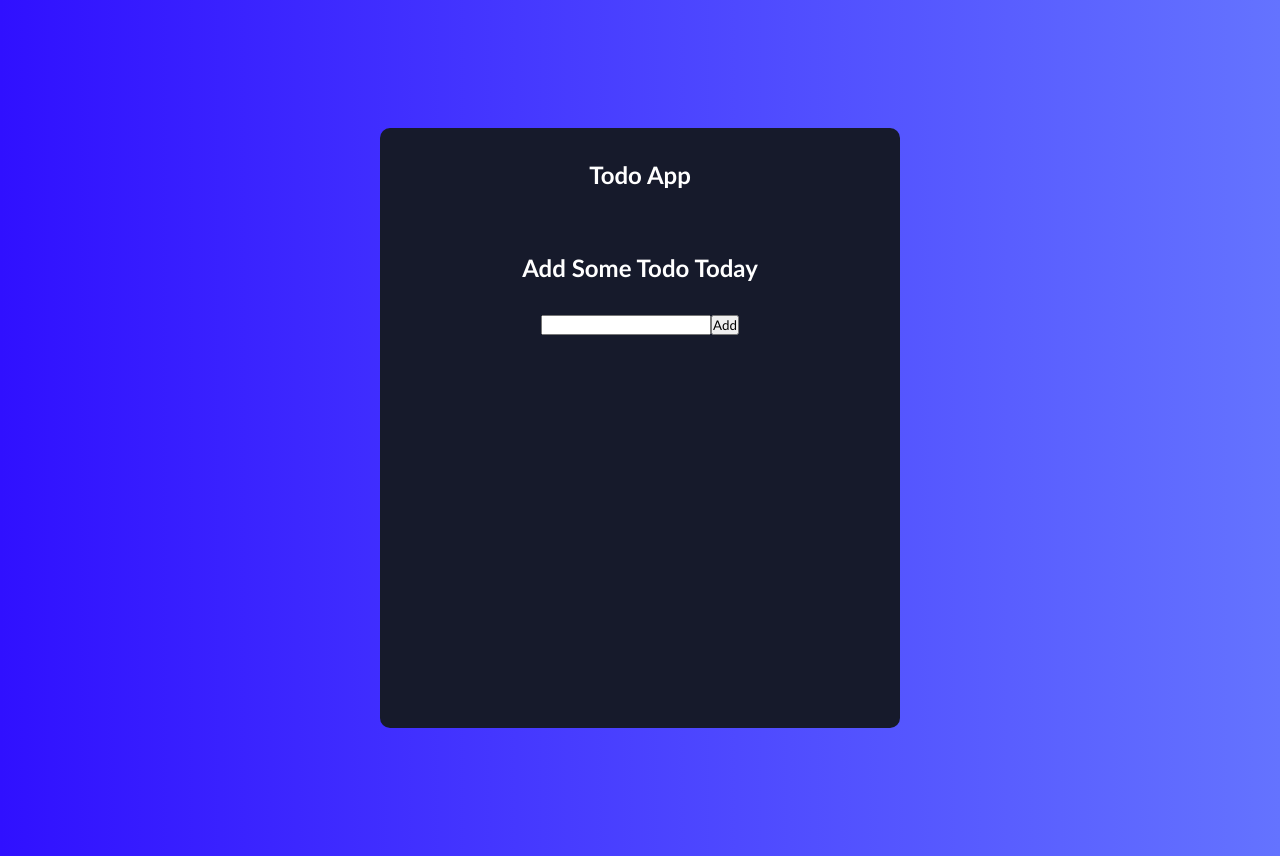
Repository: qqharry21/react-todo-app-v1
Page: /
An editor plug-in stored every save of this project. The page is shown before and after the next save, followed by the edit.
The browser window is 1280 px wide. The pictures show the whole page.
The project was rebuilt for these pictures with package versions that can differ from the ones it lists, and the page was loaded fresh each time.

Above is the page before, as saved 2021-12-25 17:54:18.

### src/index.js
/** @format */

import React from 'react';
import ReactDOM from 'react-dom';

import App from './App';

ReactDOM.render(
  <React.StrictMode>
    <App />
  </React.StrictMode>,
  document.getElementById('root')
);

### src/App.js
/** @format */

import './App.css';
// import TodoList from './components/TodoList';

import TodoList from './components_test/TodoList';

function App() {
  return (
    <div className='todo-app'>
      <h1>Todo App</h1>
      <TodoList />
    </div>
  );
}

export default App;

### src/App.css
/** @format */

* {
  box-sizing: border-box;
  margin: 0;
  padding: 0;
  font-family: 'Trebuchet MS', 'Lucida Sans Unicode', 'Lucida Grande', 'Lucida Sans', Arial,
    sans-serif;
}

body {
  background: linear-gradient(90deg, rgba(48, 16, 255, 1) 0%, rgba(100, 115, 255, 1) 100%);
}
.todo-app {
  display: flex;
  flex-direction: column;
  justify-content: start;
  width: 520px;
  min-height: 600px;
  background: #161a2b;
  text-align: center;
  margin: 128px auto;
  border-radius: 10px;
  padding-bottom: 32px;
}

h1 {
  margin: 32px 0;
  color: #fff;
  font-size: 24px;
}

.complete {
  text-decoration: line-through;
  opacity: 0.4;
}

.todo-form {
  margin-bottom: 32px;
}

.todo-input {
  padding: 14px 32px 14px 16px;
  border-radius: 4px 0 0 4px;
  border: 2px solid #5d0cff;
  outline: none;
  width: 320px;
  background: transparent;
  color: #fff;
}

.todo-input::placeholder {
  color: #e2e2e2;
}

.todo-button {
  padding: 16px;
  border: none;
  border-radius: 0 4px 4px 0;
  cursor: pointer;
  outline: none;
  background: linear-gradient(90deg, rgba(93, 12, 255, 1) 0%, rgba(155, 0, 250, 1) 100%);
  color: #fff;
  text-transform: capitalize;
}

.todo-input.edit {
  border: 2px solid #149fff;
}

.todo-button.edit {
  background: linear-gradient(90deg, rgba(20, 159, 255, 1) 0%, rgba(17, 122, 255, 1) 100%);
  padding: 16px 22px;
}

.todo-container {
  display: flex;
  flex-direction: row;
  position: relative;
}

.todo-row {
  display: flex;
  justify-content: space-between;
  align-items: center;
  margin: 4px auto;
  color: #fff;
  background: linear-gradient(90deg, rgba(255, 118, 20, 1) 0%, rgba(255, 84, 17, 1) 100%);

  padding: 16px;
  border-radius: 5px;
  width: 90%;
}

.todo-row:nth-child(4n + 1) {
  background: linear-gradient(90deg, rgba(93, 12, 255, 1) 0%, rgba(155, 0, 250, 1) 100%);
}

.todo-row:nth-child(4n + 2) {
  background: linear-gradient(90deg, rgba(255, 12, 241, 1) 0%, rgba(250, 0, 135, 1) 100%);
}

.todo-row:nth-child(4n + 3) {
  background: linear-gradient(90deg, rgba(20, 159, 255, 1) 0%, rgba(17, 122, 255, 1) 100%);
}

.icons {
  display: flex;
  align-items: center;
  font-size: 24px;
  cursor: pointer;
}

.delete-icon {
  margin-right: 5px;
  color: #fff;
}

.edit-icon {
  color: #fff;
}

### src/components_test/TodoList.js
/** @format */

import React, { useState } from 'react';
import TodoForm from './TodoForm';
function TodoList() {
  // All the todos are stored in the state
  const [todos, setTodos] = useState([]);

  // This function is called when the form is submitted
  const addTodo = todo => {
    // If the input is empty or no, do nothing
    if (!todo.text || /^\s$/.test(todo.text)) {
      return;
    }
    setTodos(prevState => [todo, ...prevState]);
  };

  return (
    <div>
      <TodoForm onSubmit={addTodo} />
    </div>
  );
}

export default TodoList;

### src/components_test/TodoForm.js
/** @format */

import React, { useState } from 'react';

function TodoForm({ onSubmit }) {
  const [input, setInput] = useState('');
  const handleSubmit = e => {
    e.preventDefault();
    onSubmit({ id: Math.floor(Math.random() * 100), text: input, isComplete: false });
    console.log(input);
    // reset input
    setInput('');
  };
  const handleInput = e => {
    setInput(e.target.value);
  };
  return (
    <form action='' className='todo-form' onSubmit={handleSubmit}>
      <h1>Add Some Todo Today</h1>
      <input type='text' name='text' id='todo-input' value={input} onChange={handleInput} />
      <button id='input-button'>Add</button>
    </form>
  );
}

export default TodoForm;

Loaded but not shown: public/index.html (common file)

After the next save:
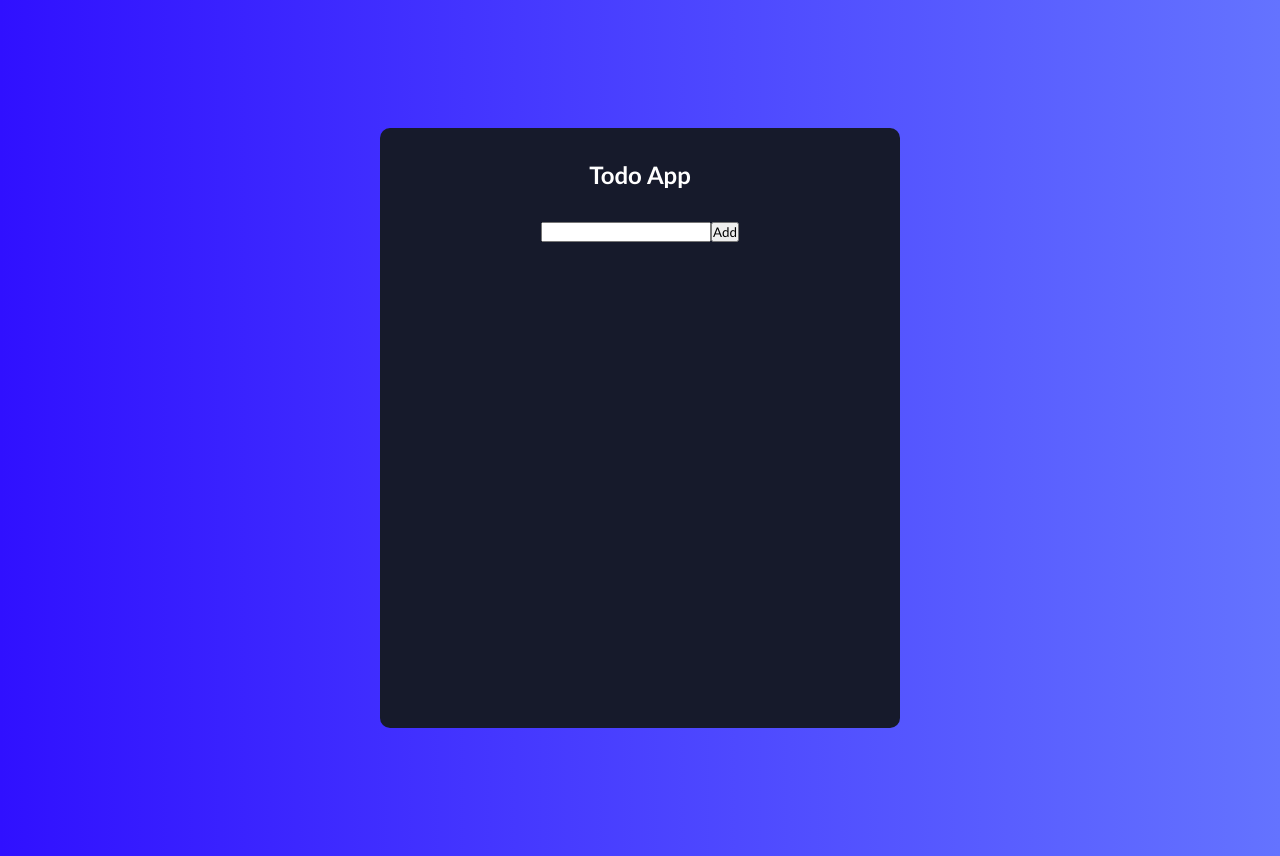
Saved 4 min 42 s later.
--- a/src/components_test/TodoForm.js
+++ b/src/components_test/TodoForm.js
@@ -16,7 +16,6 @@ function TodoForm({ onSubmit }) {
   };
   return (
     <form action='' className='todo-form' onSubmit={handleSubmit}>
-      <h1>Add Some Todo Today</h1>
       <input type='text' name='text' id='todo-input' value={input} onChange={handleInput} />
       <button id='input-button'>Add</button>
     </form>

After the save that followed:
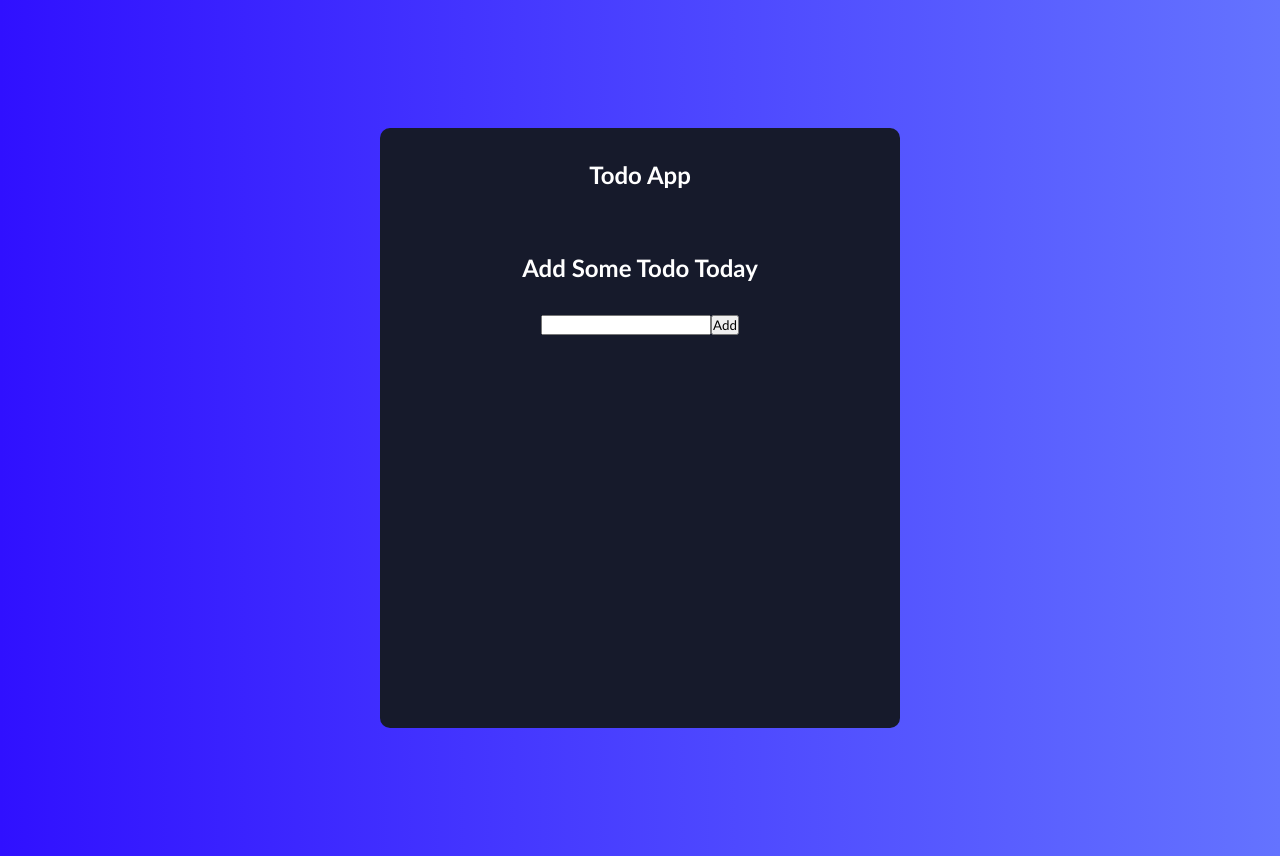
Saved 5 s later.
--- a/src/components_test/TodoList.js
+++ b/src/components_test/TodoList.js
@@ -17,6 +17,7 @@ function TodoList() {
 
   return (
     <div>
+      <h1>Add Some Todo Today</h1>
       <TodoForm onSubmit={addTodo} />
     </div>
   );
